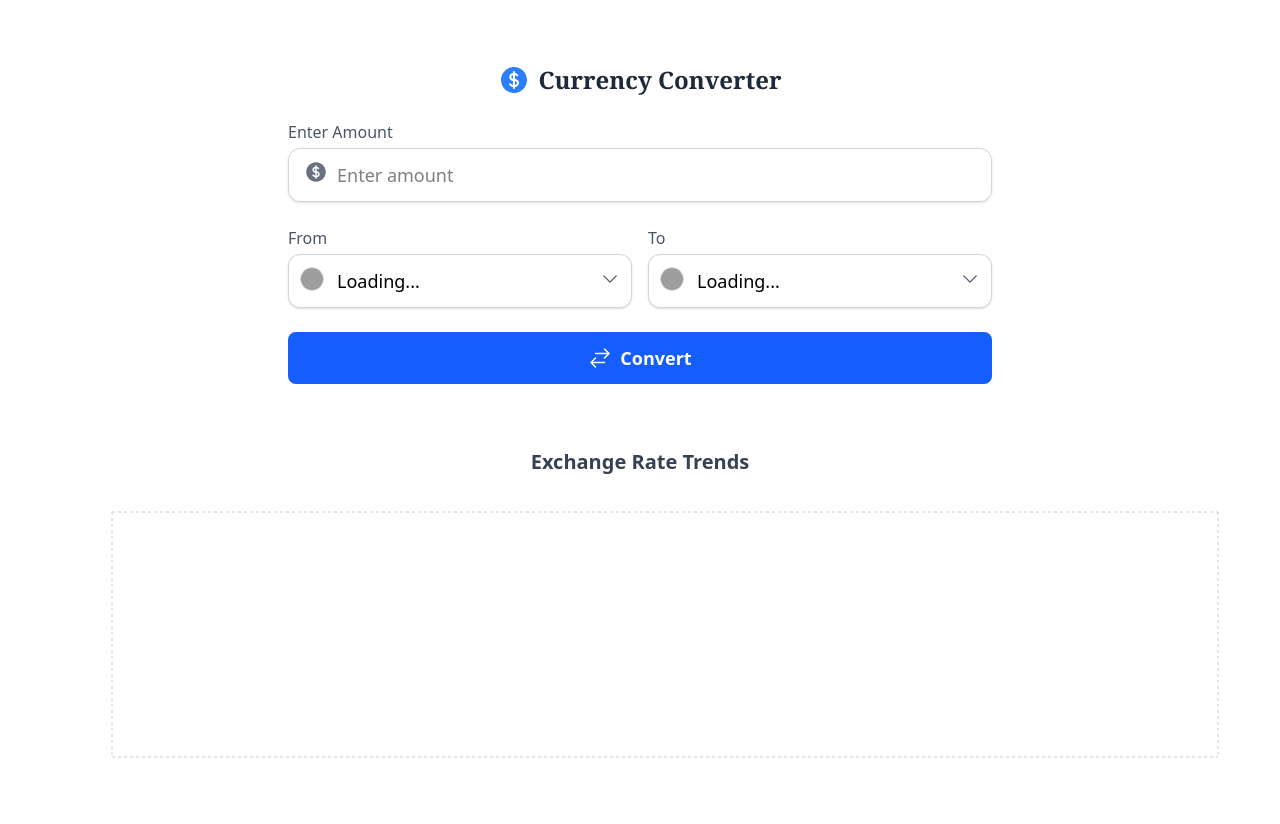
Repository: adrcstro/withcenter_developer_exam
Page: /
The author's editor kept a copy of each file at every save. The page is drawn from the files as they stood at one save, then again after the next save.
The browser window is 1280 px wide. The pictures show the whole page.
Pictures or frames that could not be fetched are drawn as grey boxes. The page's requests for data from a server got no answer. The project was rebuilt for these pictures with package versions that can differ from the ones it lists, and the page was loaded fresh each time. No one was signed in, and anything a server would have sent is missing. Also part of the build but not shown: vite.config.ts.

Above is the page before, as saved 2025-03-18 14:39:56.

After the next save:
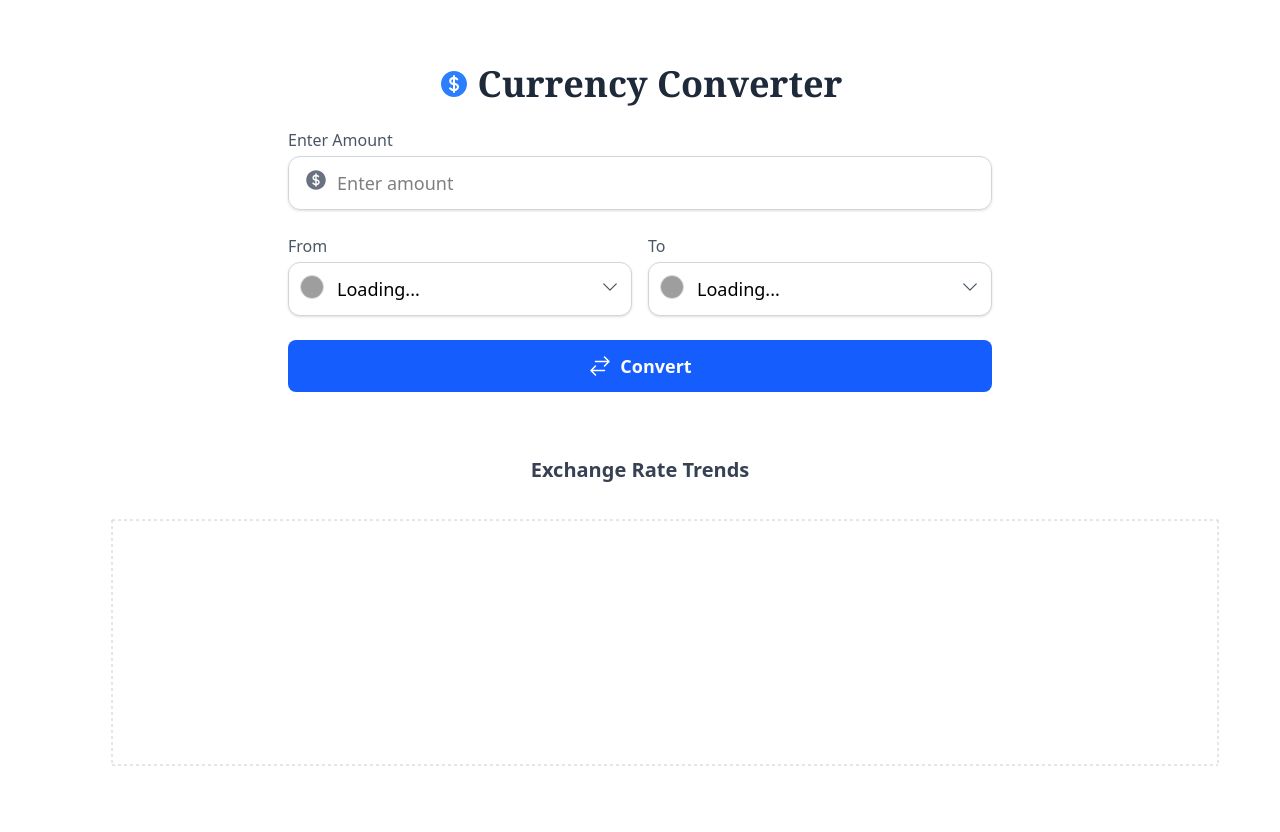
Saved 11 s later.
--- a/src/App.tsx
+++ b/src/App.tsx
@@ -64,7 +64,7 @@ function CurrencyConverter() {
     <div className="flex flex-col items-center justify-center min-h-screen  bg-white p-8">
       <div className="flex flex-col items-center justify-center w-full max-w-[2000px] px-8">
         <div className="bg-white rounded-xl p-8 w-full max-w-3xl">
-        <h2 className="text-2xl font-serif font-semibold text-gray-800 text-center mb-6 flex items-center justify-center gap-2">
+        <h2 className="text-4xl font-serif font-semibold text-gray-800 text-center mb-6 flex items-center justify-center gap-2">
   <CurrencyDollarIcon className="w-8 h-8 text-blue-500" />
   Currency Converter
 </h2>
